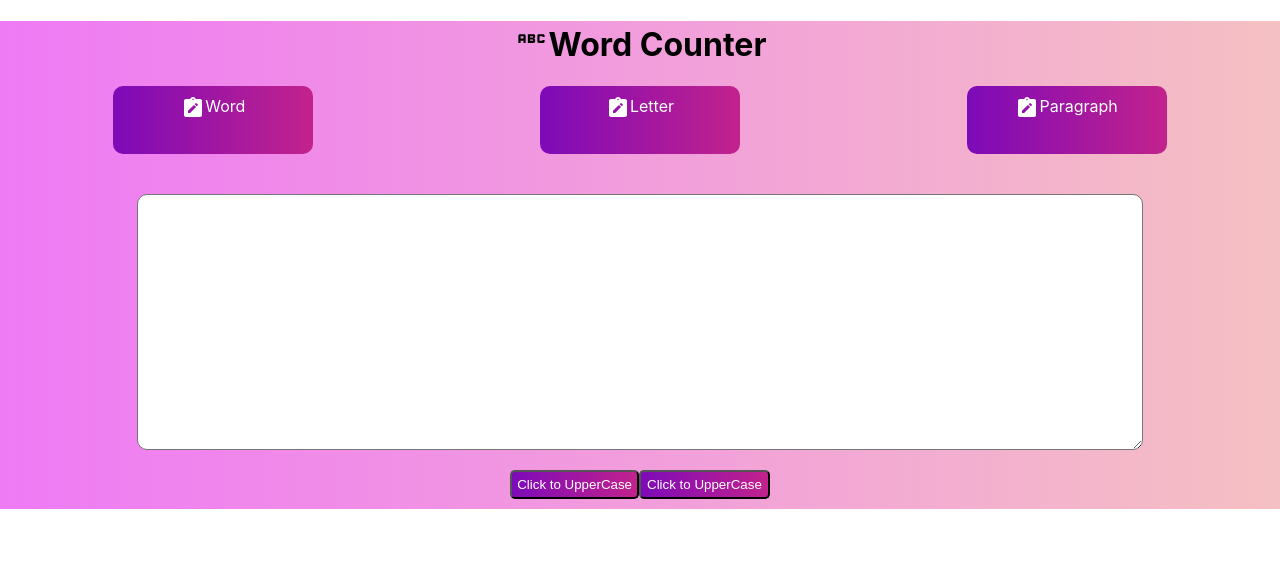
Repository: 123cuongcao/nopbai-basic
Page: /
An editor plug-in stored every save of this project. The page is shown before and after the next save, followed by the edit.
The browser window is 1280 px wide. The pictures show the whole page.
The project was rebuilt for these pictures with package versions that can differ from the ones it lists, and the page was loaded fresh each time. Also part of the build but not shown: src/components/views/box.jsx, src/components/views/textarea.jsx.

Above is the page before, as saved 2023-08-15 12:54:25.

### src/App.js
import logo from './logo.svg';
// import './App.css';
import Index from './components';

function App() {
  return (
    <>
      <Index/>
    </>
  );
}

export default App;

### src/components/index.jsx
import React, { useEffect } from "react";
import Box from "./views/box";
import AbcIcon from "@mui/icons-material/Abc";
import Textarea from "./views/textarea";
import NoteAltIcon from "@mui/icons-material/NoteAlt";
import { useState } from "react";

export default function Index() {

    const[text,setText]=useState('')
    const[word,setWord]=useState('');
    const[letter,setLetter]=useState('')
    const[paragraph,setParagraph]=useState('')

    const countWord=(text)=>{
        const textSplit = text.split('').length
        setLetter(textSplit)
    }
    // const countLetter
    useEffect(()=>{
        const words = countWord(text);
        setWord(words)
    },[text])
    console.log(word);
    console.log(text);

  return (
    <div
      style={{
        background: "linear-gradient(to right,#e002ec86,#f3b6b9db",
      }}
    >
      <h1 style={{ textAlign: "center"}}>
        {" "}
        <span>
          <AbcIcon fontSize="large" />
        </span>
        Word Counter
      </h1>

      <div style={{ display: "flex", justifyContent: "space-around" }}>
        <div
          style={{
            background: "linear-gradient(to right,#7D0AB8,#C2228C",
            width: "200px",
            display: "flex",
            justifyContent: "center",
            color: "#ffff",
            borderRadius: "10px",
          }}
        >
          <div style={{ display:'flex', padding: "10px 30px 30px 30px", flexDirection:'column'}}>
            <div style={{display:'flex'}}>
                <span>
              <NoteAltIcon />
                </span>
            <span>Word</span>
            </div>

                <div></div>
          </div>
        </div>

        <div
          style={{
            background: "linear-gradient(to right,#7D0AB8,#C2228C",
            width: "200px",
            display: "flex",
            justifyContent: "center",
            color: "#ffff",
            borderRadius: "10px",
          }}
        >
          <div style={{ display: "flex", padding: "10px 30px 30px 30px" , flexDirection:'column'}}>
          <div style={{display:'flex'}}>
                <span>
              <NoteAltIcon />
                </span>
            <span>Letter</span>
            </div>

                <div>  </div>
          </div>
        </div>

        <div
          style={{
            background: "linear-gradient(to right,#7D0AB8,#C2228C",
            width: "200px",
            display: "flex",
            justifyContent: "center",
            color: "#ffff",
            borderRadius: "10px",
          }}
        >
          <div style={{ display: "flex", padding: "10px 30px 30px 30px" , flexDirection:'column'}}>
          <div style={{display:'flex'}}>
                <span>
              <NoteAltIcon />
                </span>
            <span>Paragraph</span>
            </div>

                <div> </div>
          </div>
        </div>
      </div>

      <div
        style={{ display: "flex", justifyContent: "center", marginTop: "40px" }}
      >
       {/* *******text******* */}
        <textarea onChange={(e)=>setText(e.target.value)} value={text} style={{width:'1000px',height:'250px',borderRadius:'10px',}} ></textarea>

      </div>

      <div
        style={{
          display: "flex",
          justifyContent: "center",
          padding: "20px 0px 10px 0px",
        }}
      >
        <button
          style={{
            background: "linear-gradient(to right,#7D0AB8,#C2228C",
            color: "#fff",
            borderRadius: "5px",
            padding: "5px",
          }}
        >
          Click to UpperCase
        </button>
        <button
          style={{
            background: "linear-gradient(to right,#7D0AB8,#C2228C",
            color: "#fff",
            borderRadius: "5px",
          }}
        >
          Click to UpperCase
        </button>
      </div>
    </div>
  );
}

Loaded but not shown: public/index.html (common file); src/index.js (common file); src/index.css (common file); src/reportWebVitals.js (common file)

After the next save:
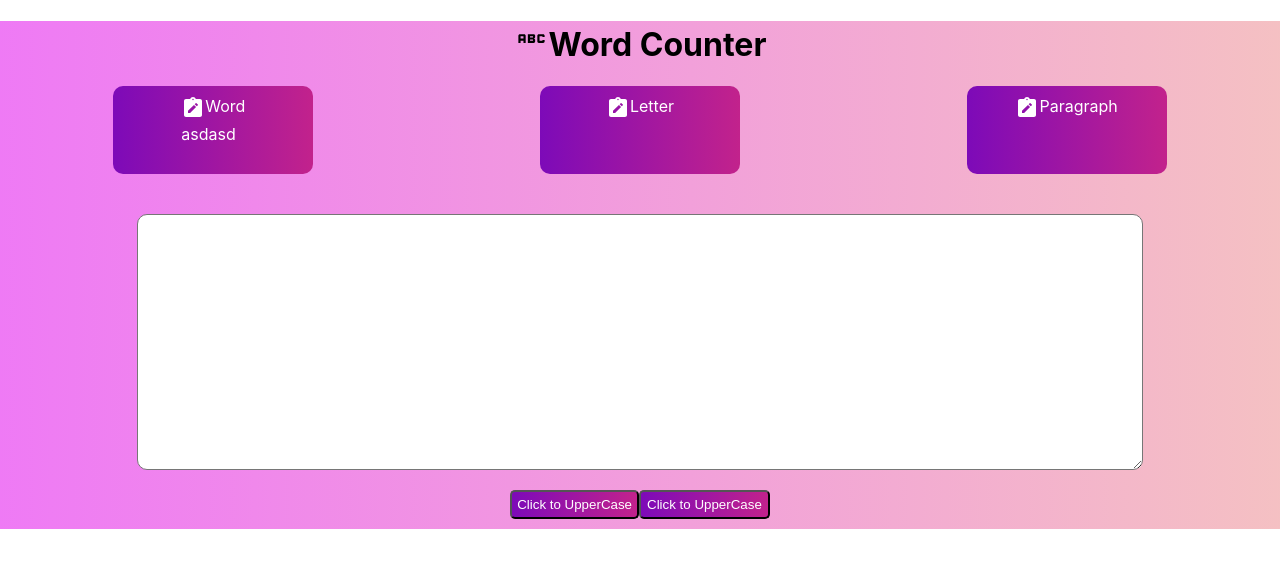
Saved 6 s later.
--- a/src/components/index.jsx
+++ b/src/components/index.jsx
@@ -57,7 +57,7 @@
             <span>Word</span>
             </div>
 
-                <div></div>
+                <div>asdasd</div>
           </div>
         </div>
 

After the 3 saves that followed:
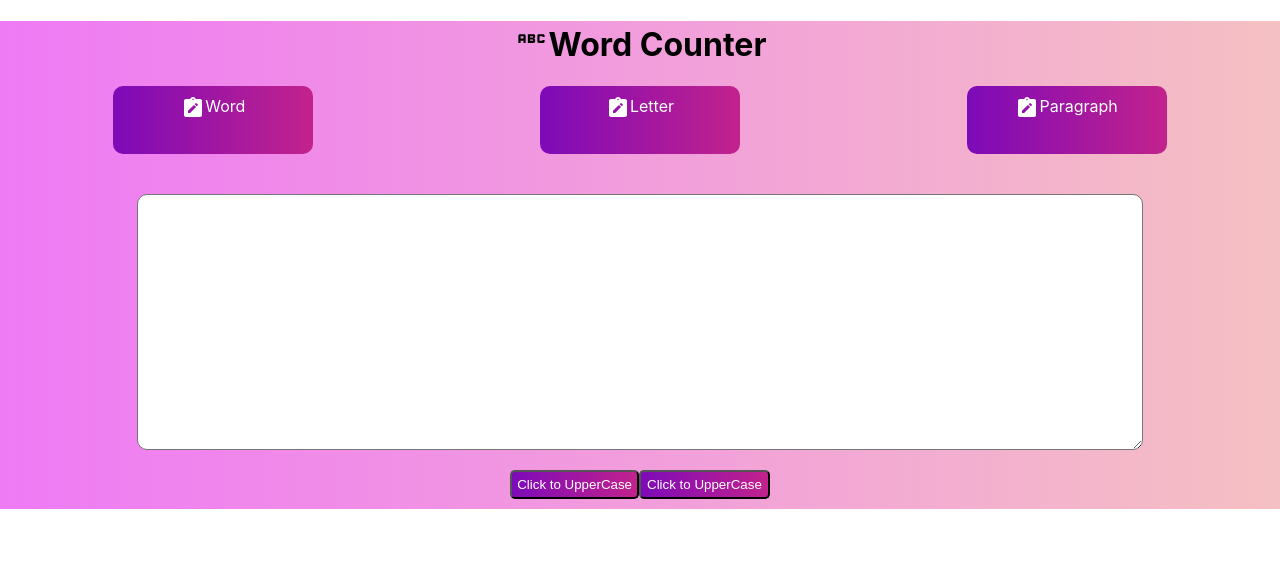
The 3 saves are shown as one change because they came seconds apart.
The last was saved 11 s later.
--- a/src/components/index.jsx
+++ b/src/components/index.jsx
@@ -57,7 +57,7 @@
             <span>Word</span>
             </div>
 
-                <div>asdasd</div>
+                <div>{word}</div>
           </div>
         </div>
 
